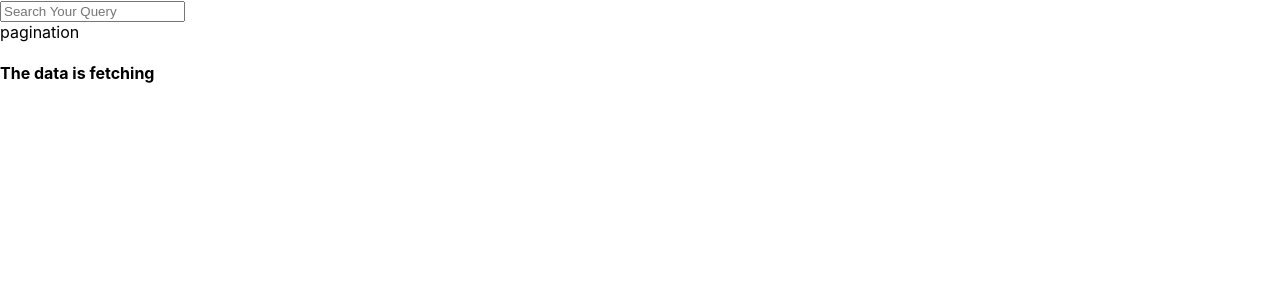
Repository: suraj-yadav7/TechNews
Page: /
An editor plug-in stored every save of this project. The page is shown before and after the next save, followed by the edit.
The browser window is 1280 px wide. The pictures show the whole page.
The page's requests for data from a server got no answer. The project was rebuilt for these pictures with package versions that can differ from the ones it lists, and the page was loaded fresh each time. No one was signed in, and anything a server would have sent is missing. Also part of the build but not shown: src/App.css.

Above is the page before, as saved 2023-04-27 17:11:10.

After the next save:
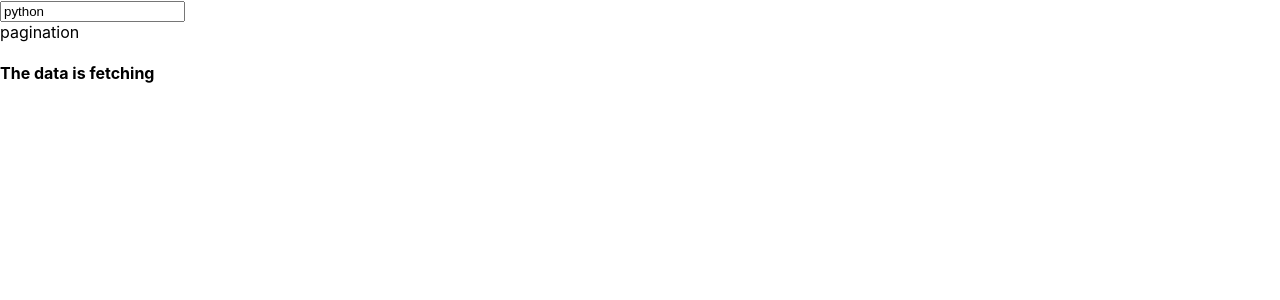
Saved 90 s later.
--- a/src/components/Search.jsx
+++ b/src/components/Search.jsx
@@ -1,11 +1,13 @@
 import React from 'react'
+import { useGlobalContext } from '../context'
 
 const Search = () => {
+  const {query, searchPost} = useGlobalContext()
   return (
     <>
    <div className='formContainer'>
     <form>
-      <input type="text" placeholder='Search Your Query' ></input>
+      <input type="text" placeholder='Search Your Query' value={query} onChange={(e)=> searchPost(e.targe.value)}></input>
     </form>
    </div>
     </>
